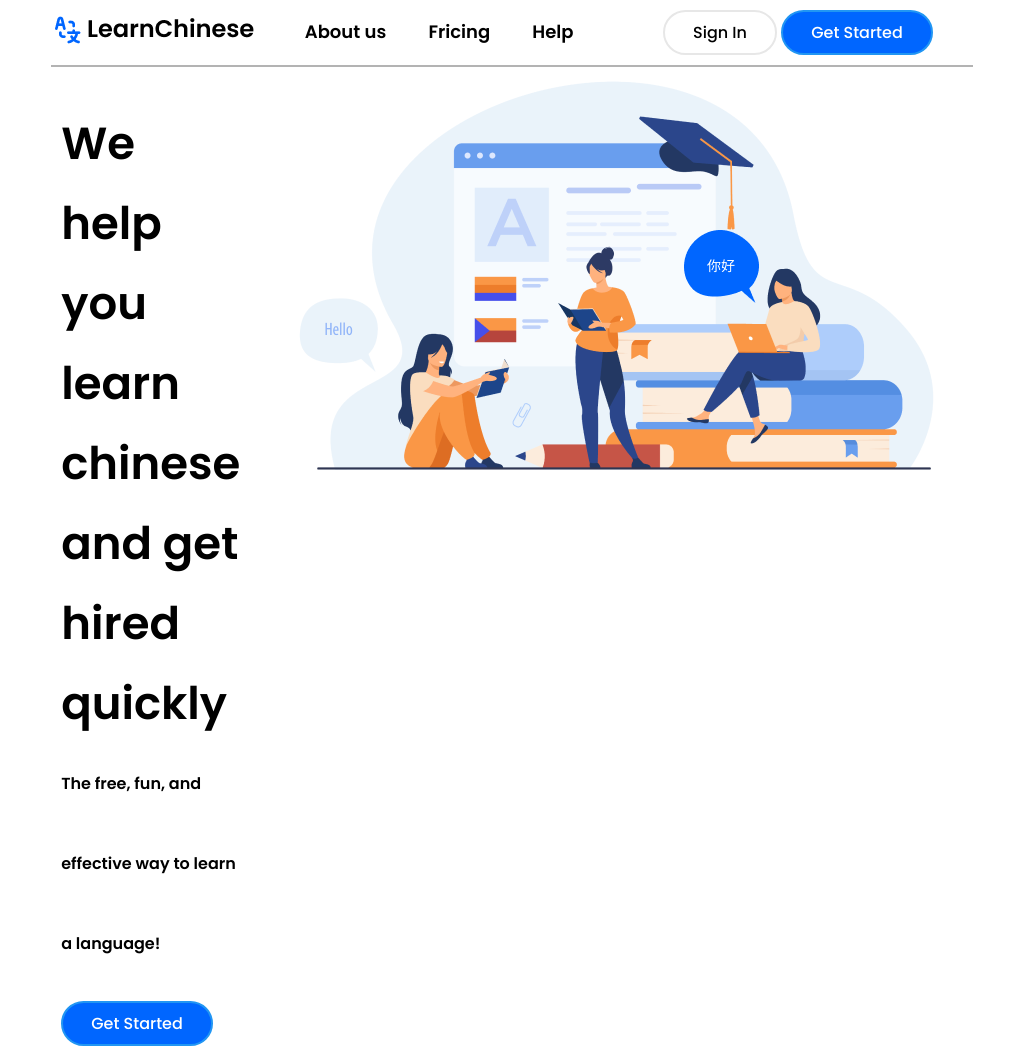
Repository: BinhIT/ChineseLearn
Page: index.html
These files come from the project's save history. The page is drawn as it stood at one moment and after the next save; the edit follows.
The browser window is 1024 px wide. The pictures show the whole page.

Above is the page before, as saved 2023-03-01 13:53:46.

### index.html
<!DOCTYPE html>
<html lang="en">

<head>
    <meta charset="UTF-8">
    <meta http-equiv="X-UA-Compatible" content="IE=edge">
    <meta name="viewport" content="width=device-width, initial-scale=1.0">
    <link rel="icon" type="image/x-icon" href="./image/uil_english-to-chinese.svg">
    <meta name="viewport" content="width=device-width, initial-scale=1">
    <link rel="stylesheet" href="https://cdnjs.cloudflare.com/ajax/libs/font-awesome/4.7.0/css/font-awesome.min.css">
    <meta name="viewport" content="width=device-width, initial-scale=1">
    <link rel="stylesheet" href="https://cdnjs.cloudflare.com/ajax/libs/font-awesome/4.7.0/css/font-awesome.min.css">
    <link rel="stylesheet" href="./css/header.css">
    <link rel="stylesheet" href="./css/section.css">
    <title>Learn Chinese </title>
</head>

<body>
    <nav id="menu_header">
        <a href="javascript:void(0);" class="icon_nav" onclick="myFunction()">
            <i class="fa fa-bars"></i>
        </a>
        <label class="logo_main"><img src="./image/logo.png" alt=""></label>
        <label class="logo_mobile"><img src="./image/logo_short.png" alt=""></label>
        <ul id="menu_link">
            <li><a href="#">About us</a></li>
            <li><a href="#">Fricing</a></li>
            <li><a href="#">Help</a></li>
        </ul>
        <ul id="menu_btn">
            <button class="btn_header default">Sign In</button>
            <button class="btn_header info">Get Started</button>
        </ul>

    </nav>
    <section class="hero-section">
        <div class="row hero-row">
            <div class="column hero-col1">
                <h1>We help you learn chinese and get hired quickly</h1>
                <h4>The free, fun, and effective way to learn a language!</h4>
                <button class="btn_header info">Get Started</button>
            </div>
            <div class="column">
                <img src="./image/img-hero.png" alt="">
            </div>
        </div>

    </section>
</body>
<script src="./js/header.js"></script>

</html>

### css/header.css
@import url('https://fonts.googleapis.com/css2?family=Poppins:wght@500;600&display=swap');



* {
    padding: 0;
    margin: 0;
    text-decoration: none;
    list-style: none;
    font-family: 'Poppins', sans-serif;

}

#menu_header {
    display: flex;
    flex-wrap: nowrap;
    justify-content: space-between;
    align-items: center;
}

nav {
    height: 65px;
    width: 90%;
    margin: 0 auto;
    background: #ffffff;
    border-bottom: 2px solid #B3B3B3;
}

label.logo {
    font-size: 35px;
    font-weight: bold;
    color: #fff;
    padding: 0 100px;
    line-height: 80px;
}

nav ul {
    float: right;
    margin-right: 40px;
}

nav li {
    display: inline-block;
    margin: 0 8px;
    line-height: 80px;
}

nav a {
    color: #000000;
    font-size: 18px;
    font-weight: 700;
    border: 1px solid transparent;
    padding: 7px 10px;
    border-radius: 3px;
}

a.active,
a:hover {
    border: 1px solid #000000;
    transition: .5s;
}



.btn_header {
    border: 2px solid black;
    border-radius: 25px;
    background-color: white;
    color: black;
    padding: 8px 28px;
    font-size: 16px;
    cursor: pointer;

}

/* Blue */
.info {
    background-color: #0066FF;
    border-color: #2196F3;
    color: rgb(255, 255, 255);
}

.info:hover {
    background: #0066FF;
    color: white;
}

/* Gray */
.default {
    border-color: #e7e7e7;
    color: black;
}

.default:hover {
    background: #e7e7e7;
}

/* logo */
.logo_mobile {
    display: none;
}

#menu_header .icon_nav {
    display: none;

}



@media only screen and (max-width:765px) {
    .logo_mobile {
        display: block;
    }

    .logo_main {
        display: none;
    }

    nav {
        width: 95%;
    }

    #menu_header .icon_nav {
        display: block;
        width: 30%;
    }

    #menu_btn {
        display: contents;
        float: right;
    }

    #menu_btn .default {
        display: none;
    }

    #menu_header #menu_link {
        display: none;
    }

    .btn_header {
        font-size: 5px;
        padding: 8px 25px;
    }


}

@media onlyscreen and (max-width: 1024px) {
    nav #icon {
        display: block;
    }

    .logo_mobile {
        display: block;
        width: 15%;
    }

    .logo_main {
        display: none;
    }

    nav a {
        font-size: 18px;
    }

    a.active,
    a:hover {
        border: none;
        color: #3498db;
    }

    nav ul.show {
        left: 0;
    }

    .btn_header {

        font-size: 8px;
    }
}

### css/section.css
/* section hero */
.row {
    width: 90%;
    margin: auto;
    padding: auto;
}

.column {
    flex: 50%;
    padding: 10px;
    height: 300px;
}

.hero-row {
    display: flex;
}

.hero-col1 {
    padding-top: 4%;
    line-height: 5em;
}

.hero-col1 h1 {
    font-size: 45px;

}

/* reponsive section */
/* tablet */
@media screen and (max-width: 1024px) {
    .hero-row {
        flex-wrap: nowrap;
    }
}

Loaded but not shown: js/header.js (common file)

After the next save:
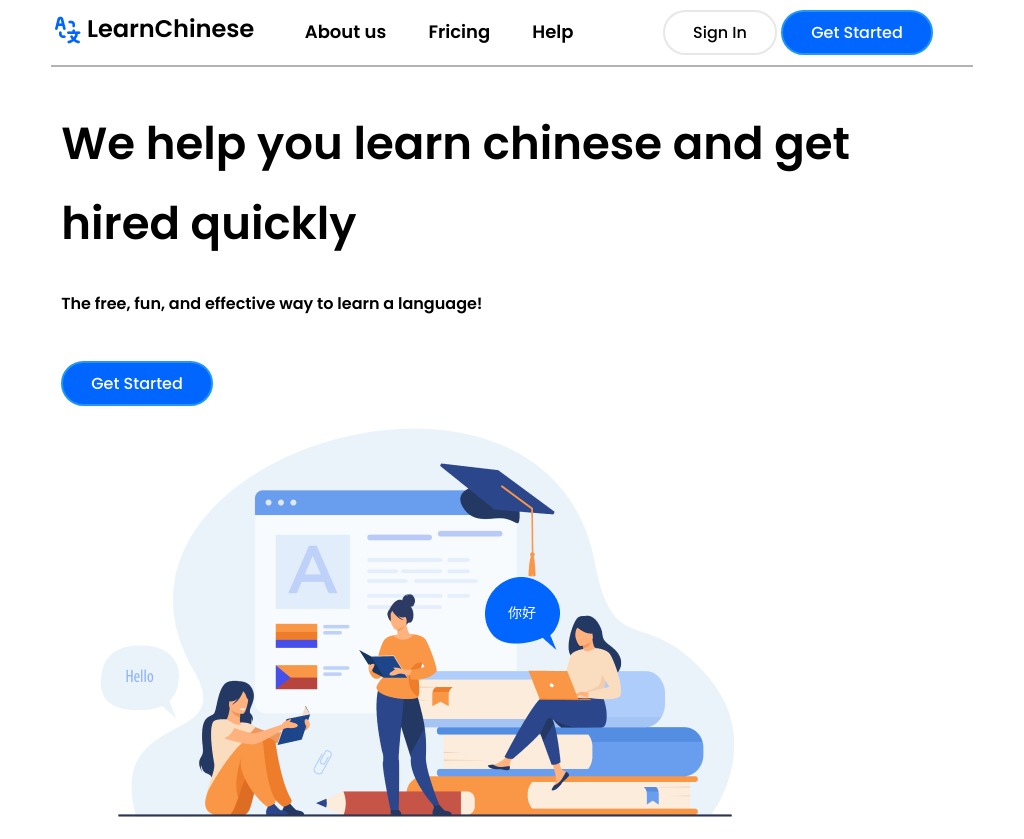
Saved 9 s later.
--- a/css/section.css
+++ b/css/section.css
@@ -29,6 +29,6 @@
 /* tablet */
 @media screen and (max-width: 1024px) {
     .hero-row {
-        flex-wrap: nowrap;
+        flex-wrap: wrap;
     }
 }

After the save that followed:
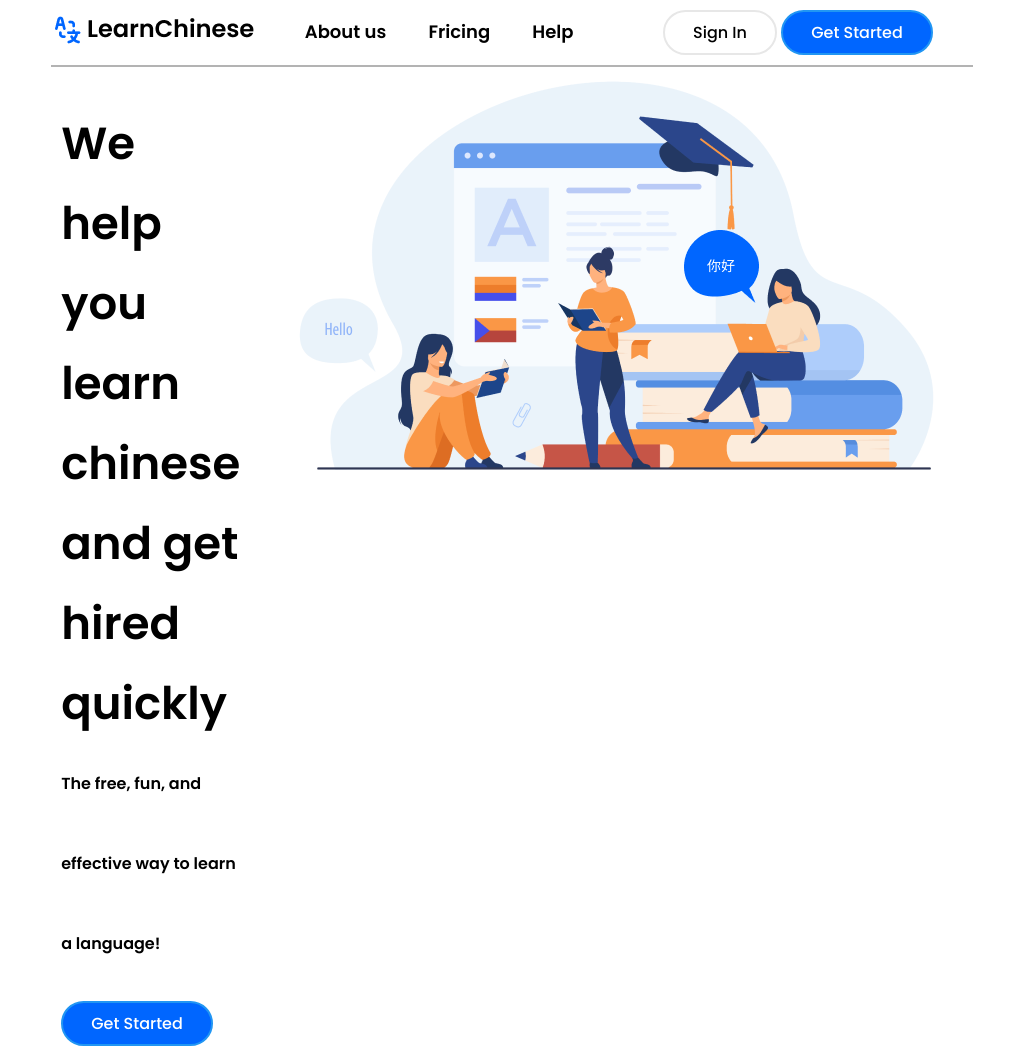
Saved 30 s later.
--- a/css/section.css
+++ b/css/section.css
@@ -25,10 +25,8 @@
 
 }
 
+.flex-container
+
 /* reponsive section */
 /* tablet */
-@media screen and (max-width: 1024px) {
-    .hero-row {
-        flex-wrap: wrap;
-    }
-}
+@media screen and (max-width: 1024px) {}
